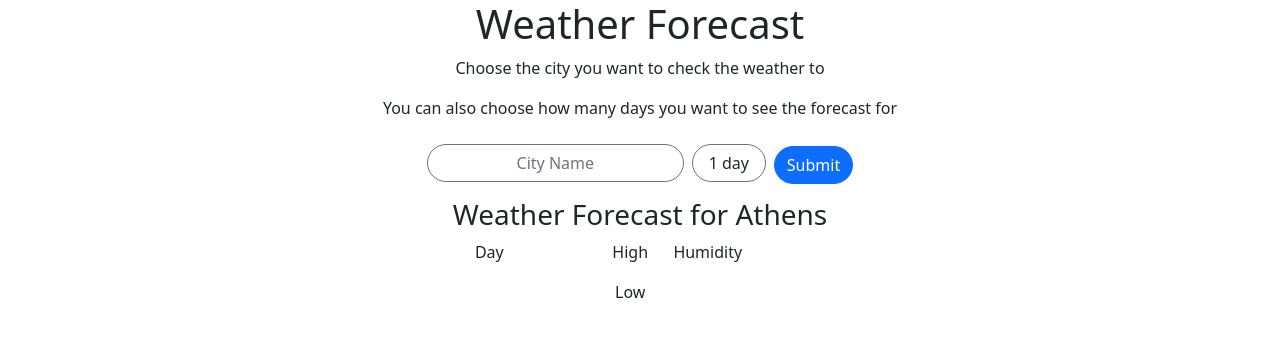
Repository: DimitrisDoxopoulos/my-own-weather-app
Page: /
These files come from the project's save history. The page is drawn as it stood at one moment and after the next save; the edit follows.
The browser window is 1280 px wide. The pictures show the whole page.
The project was rebuilt for these pictures with package versions that can differ from the ones it lists, and the page was loaded fresh each time.

Above is the page before, as saved 2021-06-03 19:50:30.

### src/App.js
import './App.css';

/*--------------- Importing Components ------------------- */
import Wrapper from './components/Wrapper'
import Header from './components/Header'
import Tagline from './components/Tagline'
import Form from './components/Form'
import WeatherForecast from './components/WeatherForecast';
/*--------------- Importing Components ------------------- */

function App() {
  return (
    <div className="App">
      <Wrapper>
        <Header />
        <Tagline />
        <Form />
        <WeatherForecast />
      </Wrapper>
    </div>
  );
}

export default App;

### src/App.css
.App {
  /* text-align: center; */
}

.App-logo {
  height: 40vmin;
  pointer-events: none;
}

.App-header {
  background-color: #282c34;
  min-height: 100vh;
  display: flex;
  flex-direction: column;
  align-items: center;
  justify-content: center;
  font-size: calc(10px + 2vmin);
  color: white;
}

.App-link {
  color: #61dafb;
}

### src/components/Wrapper.js
import React from 'react';

const Wrapper = (props) => {
    return(
    <div className='container d-flex flex-column justify-content-center align-items-center'>
        { props.children }
    </div>
    )
}

export default Wrapper;

### src/components/Header.js
import React from 'react'

const Header = () => {
    return (
        <div className="">
            <h1 className="">Weather Forecast</h1>
        </div>
    )
}

export default Header

### src/components/Tagline.js
import React from 'react'

const Tagline = () => {
    return (
        <div className="text-center">
            <p>Choose the city you want to check the weather to</p>
            <p>You can also choose how many days you want to see the forecast for</p>
        </div>
    )
}

export default Tagline

### src/components/Form.js
import React from 'react'

const Form = () => {
    return (
        <div>
            <form className="d-flex align-items-center">
                <div className="form-group">
                    <input type="text" className="form-control border-secondary rounded-pill text-center" id="exampleFormControlInput1" placeholder="City Name" />
                </div>
                <div className="form-group d-flex p-2">
                    <select className="form-control border-secondary rounded-pill text-center" id="exampleFormControlSelect1" placeholder="How many days?">
                        <option value="1">1 day</option>
                        <option value="2">2 days</option>
                        <option value="3">3 days</option>
                        <option value="4">4 days</option>
                        <option value="5">5 days</option>
                    </select>
                </div>
                <input className="btn btn-primary mt-1 rounded-pill" type="submit" value="Submit" />
            </form>
        </div>
    )
}

export default Form

### src/components/WeatherForecast.js
import React from 'react'

const WeatherForecast = () => {
    return (
        <div className="text-center p-2">
            <h3 className="h-3">Weather Forecast for Athens</h3>
            <div className="container">
                <div className="row">
                    <div className="col-sm">
                        <p>Day</p>
                    </div>
                    <div className="col-sm">
                        <image src="" alt='weather icon' />
                    </div>
                    <div className="col-sm-2">
                        <div className="row">
                            <div className="col-sm">
                                <p>High</p>
                            </div>
                            <div className="col-sm">
                                <p>Low</p>
                            </div>
                        </div>
                    </div>
                    <div className="col-sm">
                        <p>Humidity</p>
                    </div>
                    <div className="col-sm">
                        <p></p>
                    </div>
                </div>
            </div>

        </div>
    )
}

export default WeatherForecast

Loaded but not shown: public/index.html (common file); src/index.js (common file); src/index.css (common file); src/reportWebVitals.js (common file)

After the next save:
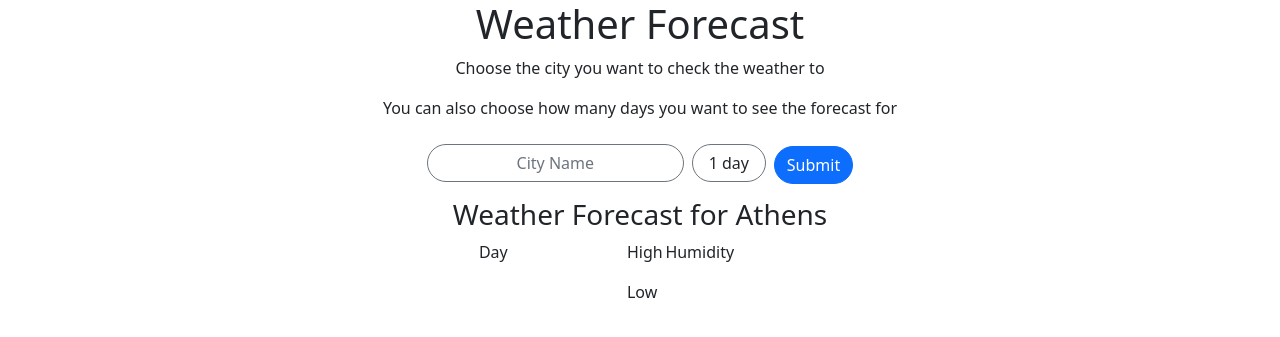
Saved 33 s later.
--- a/src/components/WeatherForecast.js
+++ b/src/components/WeatherForecast.js
@@ -12,14 +12,12 @@
                     <div className="col-sm">
                         <image src="" alt='weather icon' />
                     </div>
-                    <div className="col-sm-2">
-                        <div className="row">
-                            <div className="col-sm">
-                                <p>High</p>
-                            </div>
-                            <div className="col-sm">
-                                <p>Low</p>
-                            </div>
+                    <div className="col-sm-2 row">
+                        <div className="col-sm">
+                            <p>High</p>
+                        </div>
+                        <div className="col-sm">
+                            <p>Low</p>
                         </div>
                     </div>
                     <div className="col-sm">

After the save that followed:
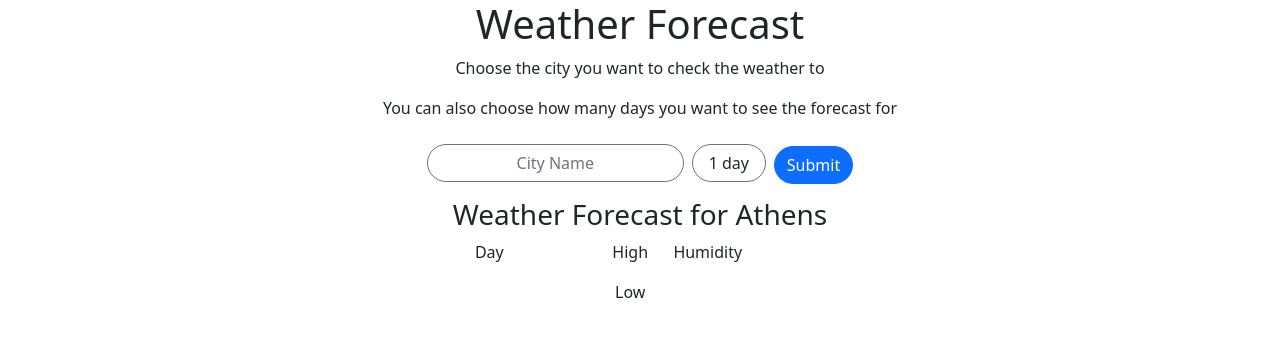
Saved 4 s later.
--- a/src/components/WeatherForecast.js
+++ b/src/components/WeatherForecast.js
@@ -12,7 +12,7 @@
                     <div className="col-sm">
                         <image src="" alt='weather icon' />
                     </div>
-                    <div className="col-sm-2 row">
+                    <div className="col-sm-2">
                         <div className="col-sm">
                             <p>High</p>
                         </div>
